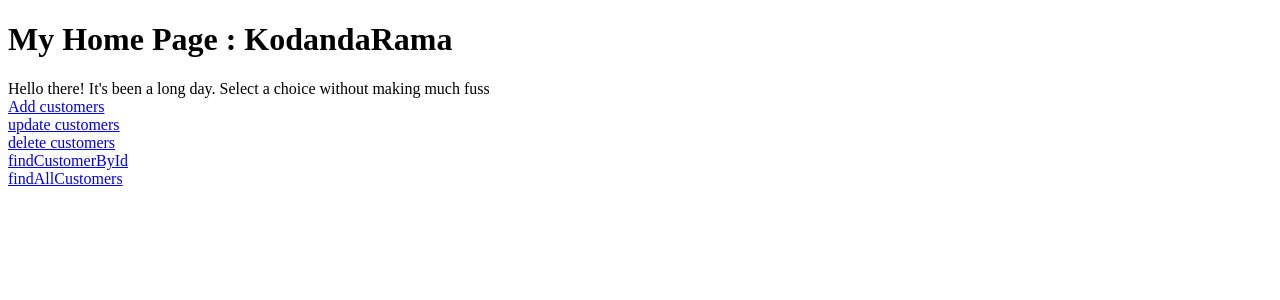
Repository: Rama-13/LaunchPadAllFiles
Page: java-workspace/SpringMVCDemo/WebContent/index.html
The author's editor kept a copy of each file at every save. The page is drawn from the files as they stood at one save, then again after the next save.
The browser window is 1280 px wide. The pictures show the whole page.

Above is the page before, as saved 2019-08-01 10:37:38.

### java-workspace/SpringMVCDemo/WebContent/index.html
<!DOCTYPE html>
<html>
<head>
<meta charset="ISO-8859-1">
<title>Spring MVC</title>
</head>
<body>
<h1>My Home Page : KodandaRama</h1>
Hello there! It's been a long day. Select a choice without making much fuss <br>
<a href = "addcustomers.do">Add customers</a><br>
<a href = "updatecustomers.do">update customers</a><br>
<a href = "deletecustomers.do">delete customers</a><br>
<a href = "findByIdcustomers.do">findCustomerById</a><br>
<a href = "findAllcustomers.do">findAllCustomers</a><br>

</body>
</html>

After the next save:
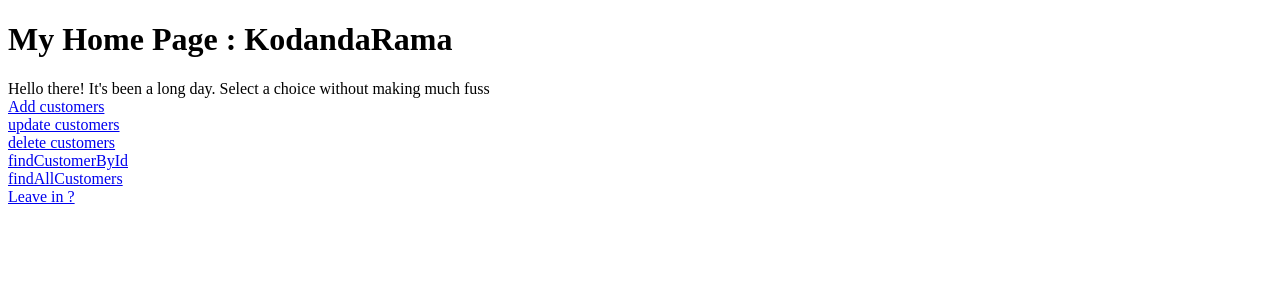
Saved 26 s later.
--- a/java-workspace/SpringMVCDemo/WebContent/index.html
+++ b/java-workspace/SpringMVCDemo/WebContent/index.html
@@ -12,6 +12,7 @@ Hello there! It's been a long day. Select a choice without making much fuss <br>
 <a href = "deletecustomers.do">delete customers</a><br>
 <a href = "findByIdcustomers.do">findCustomerById</a><br>
 <a href = "findAllcustomers.do">findAllCustomers</a><br>
+<a href = "leave.do">Leave in ?</a>
 
 </body>
 </html>
